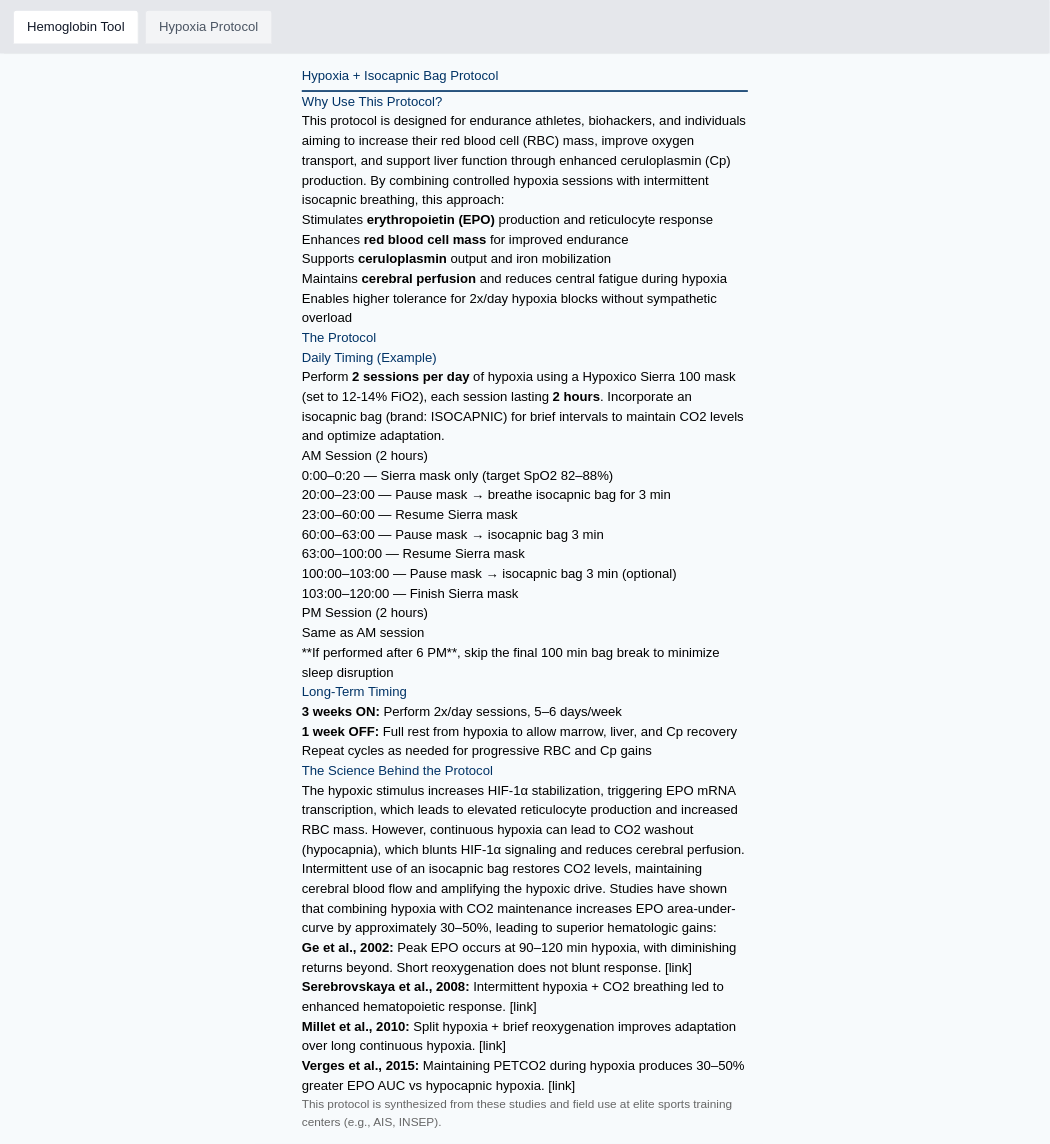
Repository: austenhughes1/hemoglobin_rbc_metrics
Page: hypoxia_protocol.html
The author's editor kept a copy of each file at every save. The page is drawn from the files as they stood at one save, then again after the next save.
The browser window is 1280 px wide. The pictures show the whole page, at 82% of full size.
Some web libraries are served in a nearby version.

Above is the page before, as saved 2025-06-24 16:53:39.

After the next save:
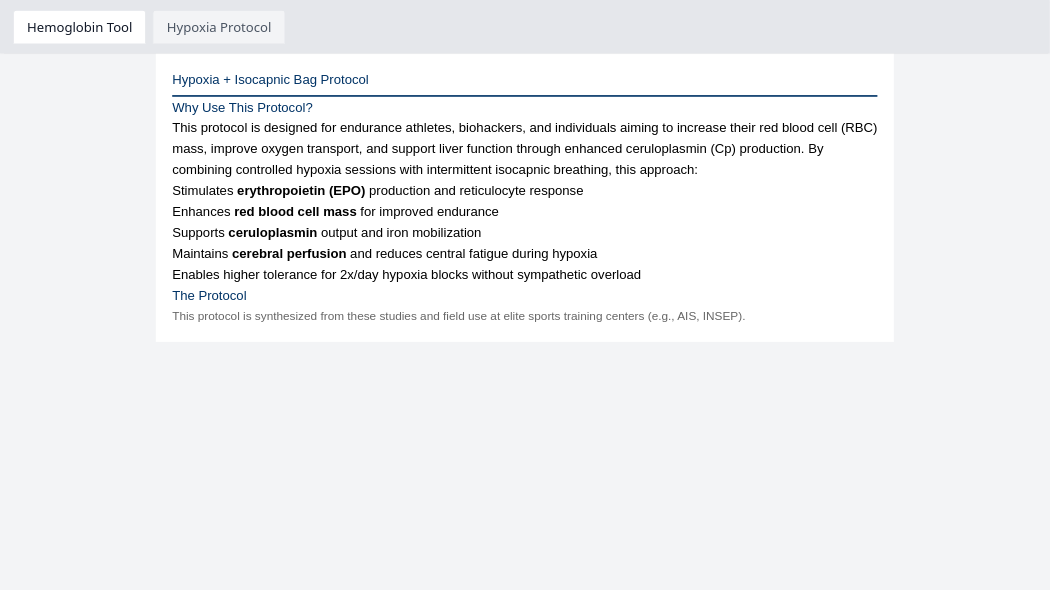
Saved 2 min 47 s later.
--- a/hypoxia_protocol.html
+++ b/hypoxia_protocol.html
@@ -2,41 +2,36 @@
 <html lang="en">
 <head>
   <meta charset="UTF-8" />
-  <meta name="viewport" content="width=device-width, initial-scale=1.0" />
+  <meta name="viewport" content="width=device-width, initial-scale=1.0"/>
   <title>Hemocalc PRO Hypoxia + Isocapnic Bag Protocol</title>
-
-  <!-- Tailwind CSS -->
   <script src="https://cdn.tailwindcss.com"></script>
-
   <style>
-    /* Remove any max-width/margin on body so header can span full width */
-    body {
+    /* Restore your original look on .content */
+    .content {
       font-family: Arial, sans-serif;
       line-height: 1.6;
-      background: #f7fafc;
-      margin: 0;
-      padding: 0;
+      padding: 20px;
+      max-width: 900px;
+      margin: auto;
+      background: white;
     }
-    /* Keep your typography styling */
     h1, h2, h3 { color: #003366; }
     h1 { border-bottom: 2px solid #003366; padding-bottom: 5px; }
     ul { padding-left: 20px; }
     .citation { font-size: 0.9em; color: #666; }
   </style>
 </head>
+<body class="bg-gray-100 min-h-screen">
 
-<body>
-  <!-- Full‐width sticky header -->
+  <!-- Full‐width header -->
   <header class="sticky top-0 z-20 bg-gray-200 shadow-sm w-full">
     <nav class="flex justify-start space-x-2 px-4 py-3">
-      <!-- Active tab -->
       <a
         href="index.html"
         class="px-4 py-2 border border-b-0 rounded-t bg-white text-gray-900 font-medium whitespace-nowrap"
       >
         Hemoglobin Tool
       </a>
-      <!-- Inactive tab -->
       <a
         href="hypoxia_protocol.html"
         class="px-4 py-2 border border-b-0 rounded-t bg-gray-100 text-gray-600 hover:bg-gray-200 whitespace-nowrap"
@@ -46,8 +41,8 @@
     </nav>
   </header>
 
-  <!-- Main content container -->
-  <div class="p-4 max-w-xl mx-auto">
+  <!-- Your original “body” content now in .content -->
+  <div class="content">
     <h1>Hypoxia + Isocapnic Bag Protocol</h1>
 
     <h2>Why Use This Protocol?</h2>
@@ -63,52 +58,12 @@
     </ul>
 
     <h2>The Protocol</h2>
+    <!-- … rest of your content exactly as before … -->
 
-    <h3>Daily Timing (Example)</h3>
-    <p>
-      Perform <strong>2 sessions per day</strong> of hypoxia using a Hypoxico Sierra 100 mask (set to 12-14% FiO2), each session lasting <strong>2 hours</strong>. Incorporate an isocapnic bag (brand: ISOCAPNIC) for brief intervals to maintain CO2 levels and optimize adaptation.
-    </p>
-
-    <h4>AM Session (2 hours)</h4>
-    <ul>
-      <li>0:00–0:20 — Sierra mask only (target SpO2 82–88%)</li>
-      <li>20:00–23:00 — Pause mask → breathe isocapnic bag for 3 min</li>
-      <li>23:00–60:00 — Resume Sierra mask</li>
-      <li>60:00–63:00 — Pause mask → isocapnic bag 3 min</li>
-      <li>63:00–100:00 — Resume Sierra mask</li>
-      <li>100:00–103:00 — Pause mask → isocapnic bag 3 min (optional)</li>
-      <li>103:00–120:00 — Finish Sierra mask</li>
-    </ul>
-
-    <h4>PM Session (2 hours)</h4>
-    <ul>
-      <li>Same as AM session</li>
-      <li>**If performed after 6 PM**, skip the final 100 min bag break to minimize sleep disruption</li>
-    </ul>
-
-    <h3>Long-Term Timing</h3>
-    <ul>
-      <li><strong>3 weeks ON:</strong> Perform 2x/day sessions, 5–6 days/week</li>
-      <li><strong>1 week OFF:</strong> Full rest from hypoxia to allow marrow, liver, and Cp recovery</li>
-      <li>Repeat cycles as needed for progressive RBC and Cp gains</li>
-    </ul>
-
-    <h2>The Science Behind the Protocol</h2>
-    <p>
-      The hypoxic stimulus increases HIF-1α stabilization, triggering EPO mRNA transcription, which leads to elevated reticulocyte production and increased RBC mass. However, continuous hypoxia can lead to CO2 washout (hypocapnia), which blunts HIF-1α signaling and reduces cerebral perfusion.
-    </p>
-    <p>
-      Intermittent use of an isocapnic bag restores CO2 levels, maintaining cerebral blood flow and amplifying the hypoxic drive. Studies have shown that combining hypoxia with CO2 maintenance increases EPO area-under-curve by approximately 30–50%, leading to superior hematologic gains:
-    </p>
-    <ul>
-      <li><strong>Ge et al., 2002:</strong> Peak EPO occurs at 90–120 min hypoxia, with diminishing returns beyond. Short reoxygenation does not blunt response. [<a href="https://www.hypoxico.com/wp-content/uploads/2018/04/Determinants-of-erythropoietin-release-in-response-to-short-term-hypobaric-hypoxia.pdf" target="_blank">link</a>]</li>
-      <li><strong>Serebrovskaya et al., 2008:</strong> Intermittent hypoxia + CO2 breathing led to enhanced hematopoietic response. [<a href="https://pubmed.ncbi.nlm.nih.gov/18078855/" target="_blank">link</a>]</li>
-      <li><strong>Millet et al., 2010:</strong> Split hypoxia + brief reoxygenation improves adaptation over long continuous hypoxia. [<a href="https://pubmed.ncbi.nlm.nih.gov/20092365/" target="_blank">link</a>]</li>
-      <li><strong>Verges et al., 2015:</strong> Maintaining PETCO2 during hypoxia produces 30–50% greater EPO AUC vs hypocapnic hypoxia. [<a href="https://pubmed.ncbi.nlm.nih.gov/26319812/" target="_blank">link</a>]</li>
-    </ul>
     <p class="citation">
       This protocol is synthesized from these studies and field use at elite sports training centers (e.g., AIS, INSEP).
     </p>
   </div>
+
 </body>
 </html>
